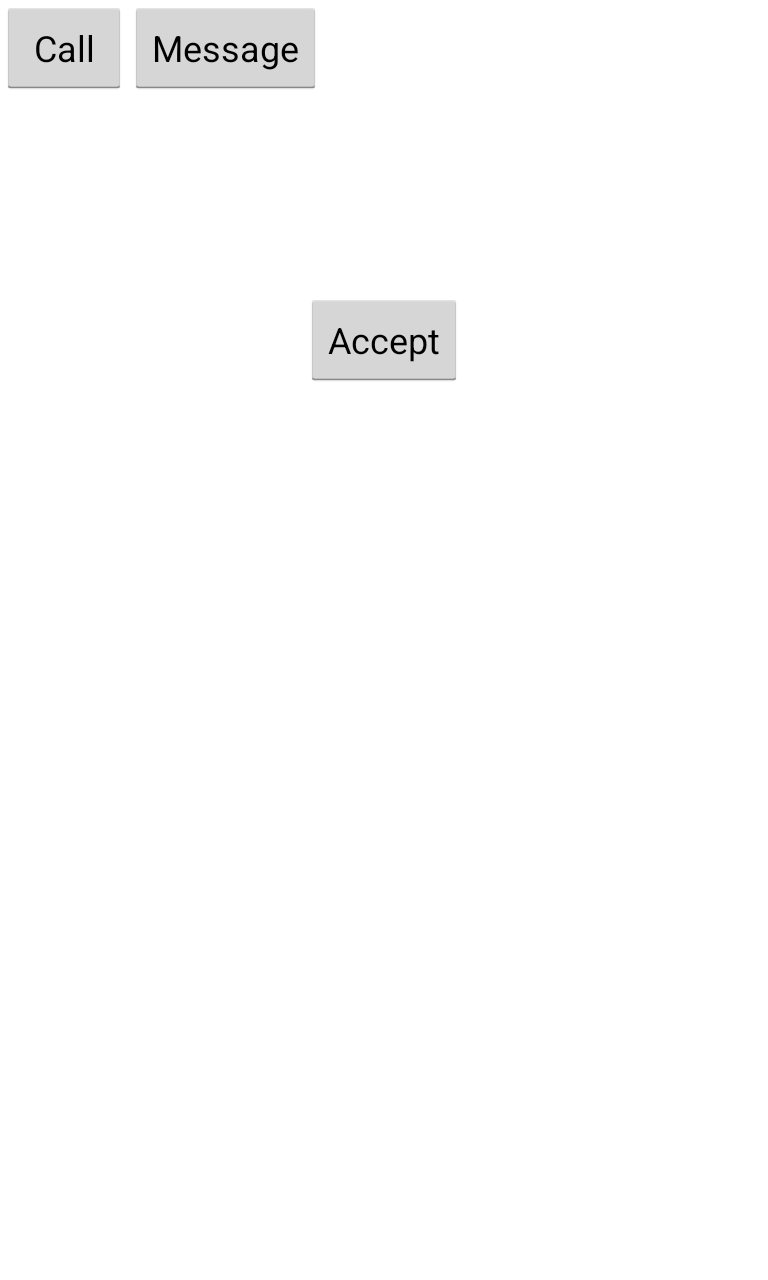
Repository: srivast6/SafeWalk
Layout: android/SafeWalk/res/layout/pop_up.xml
An editor plug-in stored every save of this project. The layout is shown before and after the next save, followed by the edit.
It is drawn on a 768 x 1280 px phone screen (xhdpi) without system bars, with theme android:Theme.Holo.Light; the app's code is not run.

Above is the layout before, as saved 2013-11-20 01:08:59.

After the next save:
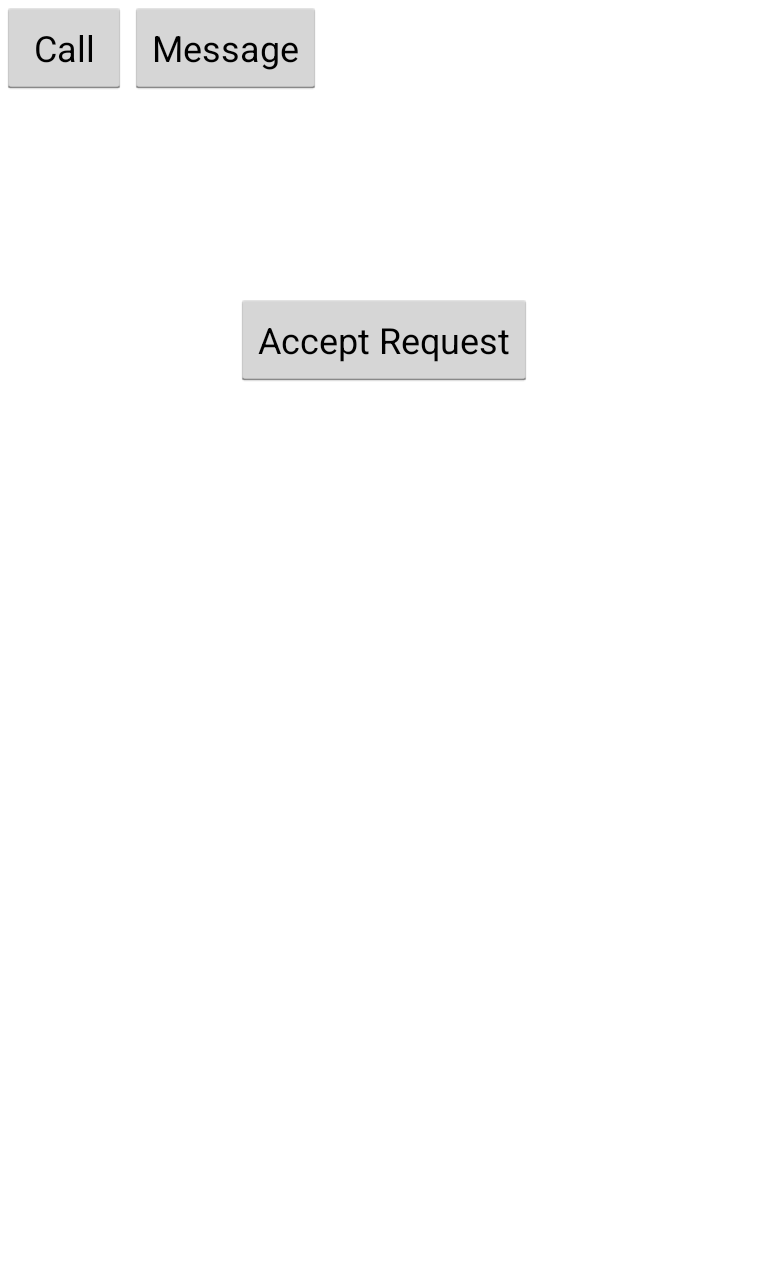
Saved 46 s later.
--- a/android/SafeWalk/res/layout/pop_up.xml
+++ b/android/SafeWalk/res/layout/pop_up.xml
@@ -26,7 +26,7 @@
                 android:layout_alignParentTop="true"
                 android:layout_centerHorizontal="true"
                 android:layout_marginTop="56dp"
-                android:text="Accept" />
+                android:text="Accept Request" />
         </LinearLayout>
 
         <LinearLayout
